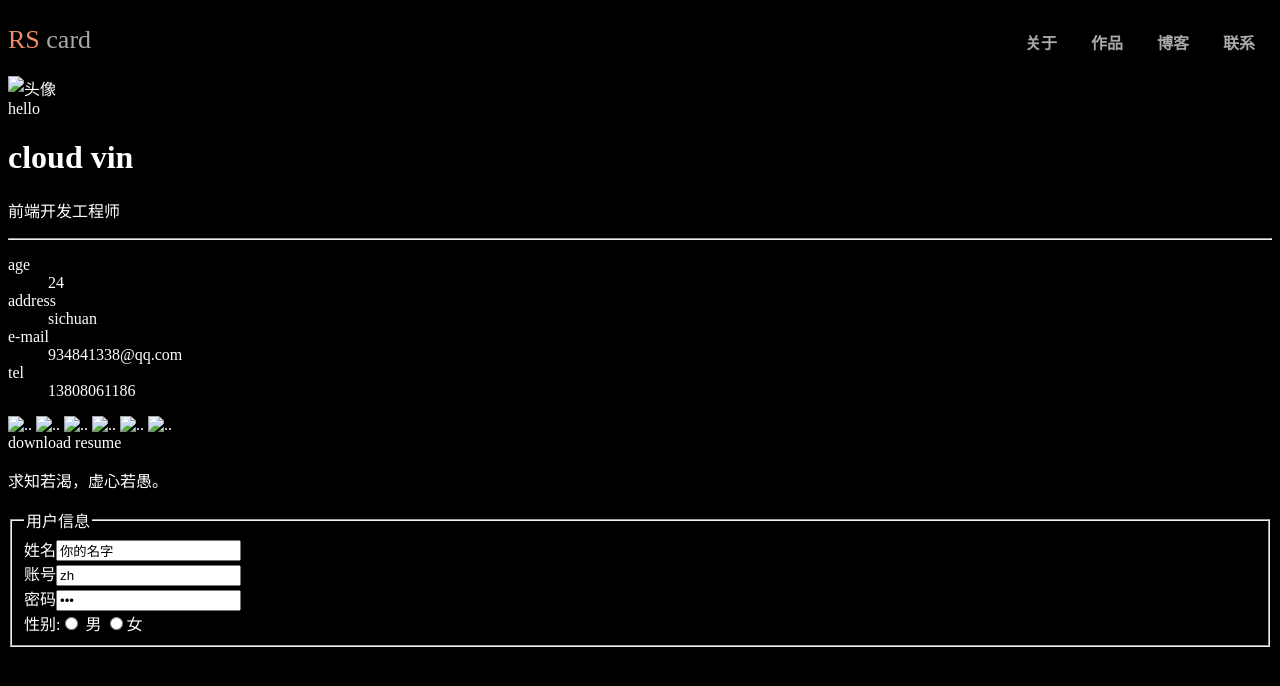
Repository: CloudVin/MyResume
Page: resume.html
The author's editor kept a copy of each file at every save. The page is drawn from the files as they stood at one save, then again after the next save.
The browser window is 1280 px wide. The pictures show the whole page.

Above is the page before, as saved 2020-07-04 00:48:15.

After the next save:
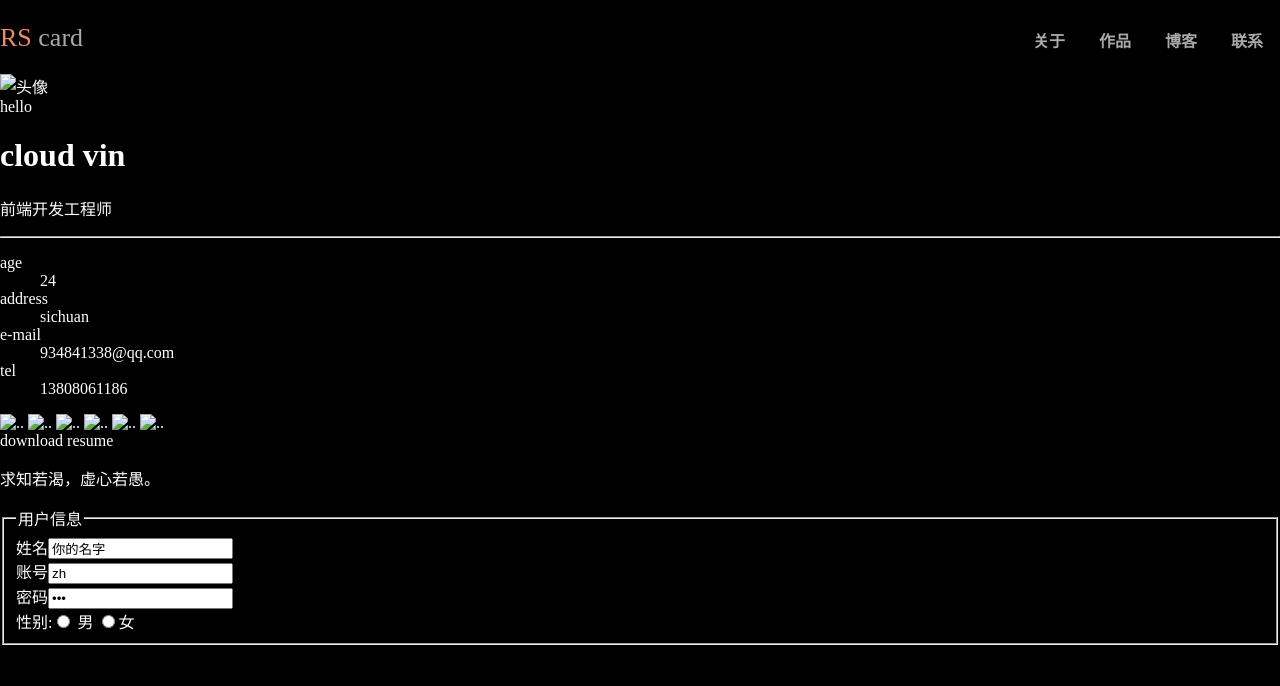
Saved 60 s later.
--- a/a.css
+++ b/a.css
@@ -6,6 +6,7 @@
 body{
     background-color: black;
     color: white;
+    margin: 0;
 }
 a{
     text-decoration: none;
@@ -36,7 +37,7 @@
     border-bottom:3px solid #ee8c65;
 }
 .topnavbar{
-    padding-top: 14px;
+    padding-top: 20px;
     padding-bottom: 14px;
 }
 .topnavbar .logo{
